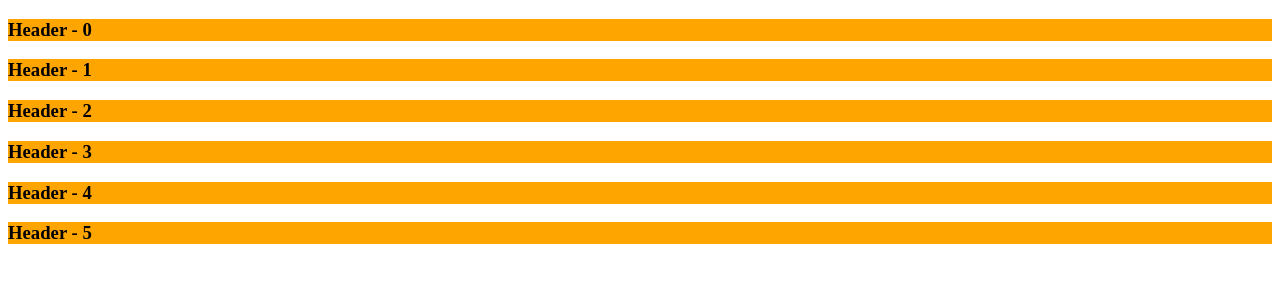
Repository: chlguswns1/web-practice
Page: jQuery/src/main/webapp/02_DOM_Search.html
The author's editor kept a copy of each file at every save. The page is drawn from the files as they stood at one save, then again after the next save.
The browser window is 1280 px wide. The pictures show the whole page.

Above is the page before, as saved 2023-03-09 04:19:47.

After the next save:
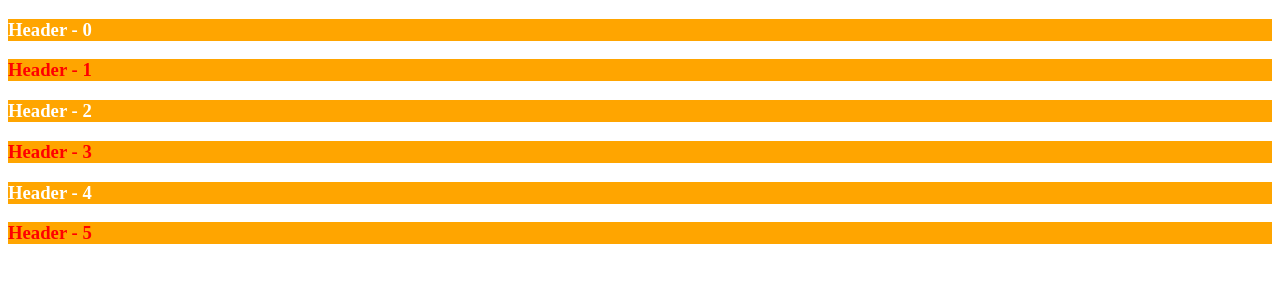
Saved 74 min 28 s later.
--- a/jQuery/src/main/webapp/02_DOM_Search.html
+++ b/jQuery/src/main/webapp/02_DOM_Search.html
@@ -36,16 +36,20 @@
 		color:'white'});
 
 	*/
-/* 2. 문서 객체 탐색 종료 */
+/* 2. 문서 객체 탐색 종료
 	// 예제1.
 	// 체이닝을 사용해 한 줄로 서로 다른 문서 객체에 스타일 적용 가능
 
 	$(function () {
 		$('h3').css('background','orange').filter('even').css('color','red')
 	});
-
+	*/
 	// 예제2.
-
+	$(function() {
+		$('h3').css('background','orange');
+		$('h3:even').css('color','white')
+		$('h3:odd').css('color','red')
+	})
 
 	// 예제3.
 	// 체이닝을 이용한 예제2의 표현
